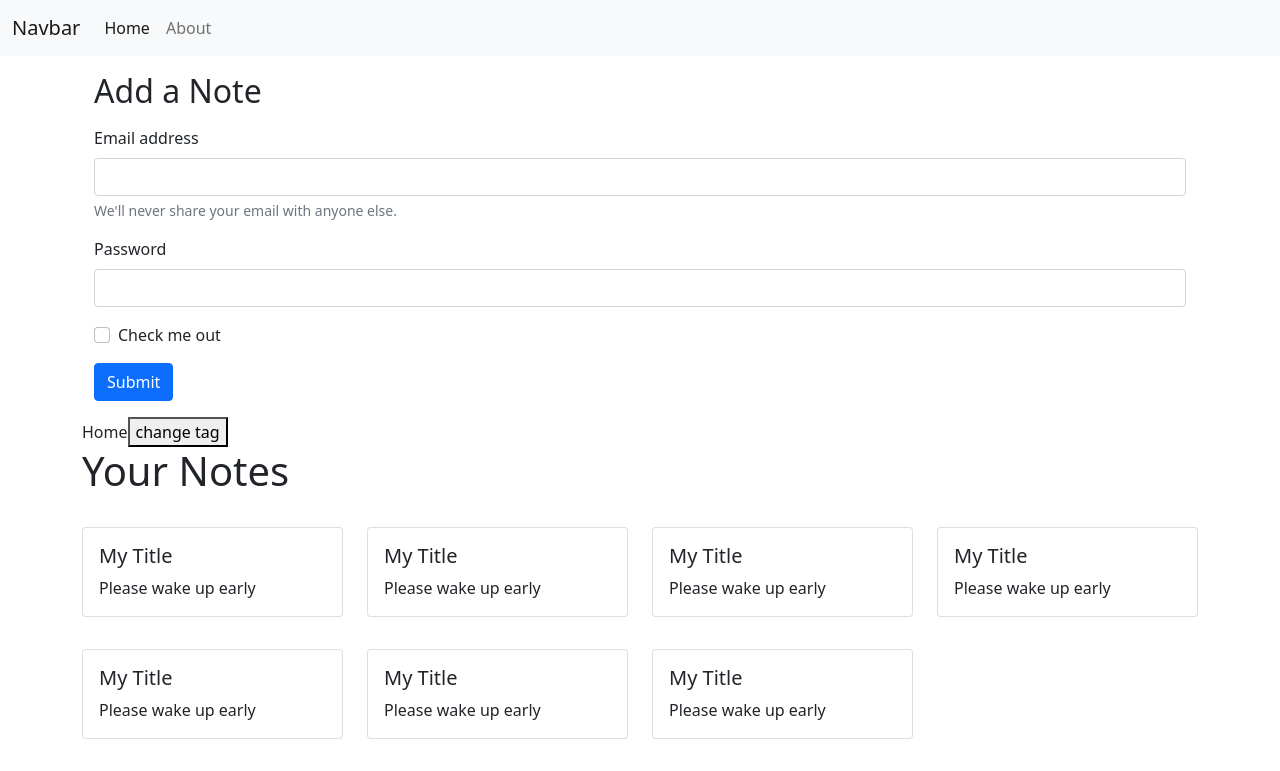
Repository: Asad-devv/inotebook-mern
Page: /
The author's editor kept a copy of each file at every save. The page is drawn from the files as they stood at one save, then again after the next save.
The browser window is 1280 px wide. The pictures show the whole page.
The project was rebuilt for these pictures with package versions that can differ from the ones it lists, and the page was loaded fresh each time. Also part of the build but not shown: vite.config.js, src/components/About.jsx.

Above is the page before, as saved 2023-04-14 00:38:49.

### index.html
<!DOCTYPE html>
<html lang="en">
  <head>
    <meta charset="UTF-8" />
    <link rel="icon" type="image/svg+xml" href="/vite.svg" />
    <meta name="viewport" content="width=device-width, initial-scale=1.0" />
    <link href="https://cdn.jsdelivr.net/npm/bootstrap@5.0.2/dist/css/bootstrap.min.css" rel="stylesheet" integrity="sha384-EVSTQN3/azprG1Anm3QDgpJLIm9Nao0Yz1ztcQTwFspd3yD65VohhpuuCOmLASjC" crossorigin="anonymous">
    <title>iNotebook</title>
  </head>
  <body>
    <div id="root"></div>
    <script type="module" src="/src/main.jsx"></script>


    <script src="https://cdn.jsdelivr.net/npm/@popperjs/core@2.9.2/dist/umd/popper.min.js" integrity="sha384-IQsoLXl5PILFhosVNubq5LC7Qb9DXgDA9i+tQ8Zj3iwWAwPtgFTxbJ8NT4GN1R8p" crossorigin="anonymous"></script>
    <script src="https://cdn.jsdelivr.net/npm/bootstrap@5.0.2/dist/js/bootstrap.min.js" integrity="sha384-cVKIPhGWiC2Al4u+LWgxfKTRIcfu0JTxR+EQDz/bgldoEyl4H0zUF0QKbrJ0EcQF" crossorigin="anonymous"></script>
  </body>
</html>

### src/main.jsx
import React from 'react'
import ReactDOM from 'react-dom/client'
import App from './App'
// import './index.css'
import { BrowserRouter } from "react-router-dom"
import { Provider } from 'react-redux'
import store from './states/Store'


ReactDOM.createRoot(document.getElementById('root')).render(
  <React.StrictMode>
    <BrowserRouter>
    <Provider store={store} >
    <App />
    </Provider>
    </BrowserRouter>
  </React.StrictMode>,
)

### src/App.jsx
import { useState } from 'react'
import reactLogo from './assets/react.svg'
import viteLogo from '/vite.svg'
// import './App.css'
import {Home,Navbar,About} from "./components"
import { Route, Routes } from "react-router-dom"




function App() {

  return (
      <>
      <Navbar/>
      <div className="container">
      <Routes>
      <Route path="/" element={<Home />} />
      <Route path="/about" element={<About />} />
      </Routes>
      </div>

    </>
  );
}
export default App

### src/states/Store.js
import { configureStore } from '@reduxjs/toolkit'
import notesReducer from "./redux/notesSlice"


export default configureStore({
  reducer: {notes:notesReducer},
})

### src/components/index.js
import Home from "./Home"
import Navbar from "./Navbar"
import About from "./About"



export { Home,Navbar,About }

### src/states/redux/notesSlice.js
import { createSlice } from '@reduxjs/toolkit'


const notesInitial = [
        {
          "_id": "61322f19553781a8ca8d0e06",
          "user": "6131dc5e3e4037cd4734a066",
          "title": "My Title",
          "description": "Please wake up early",
          "tag": "personal",
          "date": "2021-09-03T14:20:09.509Z",
          "__v": 0
        },
        {
          "_id": "61322f19553781a8ca8d0e08",
          "user": "6131dc5e3e4037cd4734a066",
          "title": "My Title",
          "description": "Please wake up early",
          "tag": "personal",
          "date": "2021-09-03T14:20:09.668Z",
          "__v": 0
        },
        {
          "_id": "61322f19553781a8ca8d0e08",
          "user": "6131dc5e3e4037cd4734a066",
          "title": "My Title",
          "description": "Please wake up early",
          "tag": "personal",
          "date": "2021-09-03T14:20:09.668Z",
          "__v": 0
        },
        {
          "_id": "61322f19553781a8ca8d0e08",
          "user": "6131dc5e3e4037cd4734a066",
          "title": "My Title",
          "description": "Please wake up early",
          "tag": "personal",
          "date": "2021-09-03T14:20:09.668Z",
          "__v": 0
        },
        {
          "_id": "61322f19553781a8ca8d0e08",
          "user": "6131dc5e3e4037cd4734a066",
          "title": "My Title",
          "description": "Please wake up early",
          "tag": "personal",
          "date": "2021-09-03T14:20:09.668Z",
          "__v": 0
        },
        {
          "_id": "61322f19553781a8ca8d0e08",
          "user": "6131dc5e3e4037cd4734a066",
          "title": "My Title",
          "description": "Please wake up early",
          "tag": "personal",
          "date": "2021-09-03T14:20:09.668Z",
          "__v": 0
        },
        {
          "_id": "61322f19553781a8ca8d0e08",
          "user": "6131dc5e3e4037cd4734a066",
          "title": "My Title",
          "description": "Please wake up early",
          "tag": "personal",
          "date": "2021-09-03T14:20:09.668Z",
          "__v": 0
        },
      ]

export const notesSlice= createSlice({
    name:'notes',
    initialState:{value:notesInitial},
    reducers:{
        update:(state)=>{
            setTimeout(()=>{state.value.tag+="gellp"},1000)

        }
    }
})


export const { update} = notesSlice.actions

export default notesSlice.reducer

### src/components/Home.jsx
import React from 'react'
import { useSelector,useDispatch } from 'react-redux'
import { update } from '../states/redux/notesSlice';
import Notes from './Notes';

const Home = () => {
  const dispatch= useDispatch();
  const notes =  useSelector((state) => state.notes.value)
  console.log(notes)
  return (
    <div>

      <div className="container my-3">
            <h2>Add a Note</h2>
            <form className="my-3">
                <div class="mb-3">
                    <label for="exampleInputEmail1" class="form-label">Email address</label>
                    <input type="email" class="form-control" id="exampleInputEmail1" aria-describedby="emailHelp"/>
                    <div id="emailHelp" class ="form-text">We'll never share your email with anyone else.</div>
                </div>
                <div class="mb-3">
                    <label for="exampleInputPassword1" class="form-label">Password</label>
                    <input type="password" class="form-control" id="exampleInputPassword1"/>
                </div>
                <div class="mb-3 form-check">
                    <input type="checkbox" class="form-check-input" id="exampleCheck1"/>
                    <label class ="form-check-label" for="exampleCheck1">Check me out</label>
                </div>
                <button type="submit" class="btn btn-primary">Submit</button>
            </form>
            </div>

      Home
        <button onClick={()=>dispatch(update())} >change tag</button>
        <h1>Your Notes</h1>

        <Notes></Notes>
    </div>
  )
}

export default Home

### src/components/Navbar.jsx
import React,{useEffect,useState} from 'react'
import {Link,useLocation } from "react-router-dom"

const Navbar = () => {


  let location = useLocation();
  const [activeLink, setActiveLink] = useState()

  useEffect(() => {
    // Google Analytics
  }, [location]);

  return (

    <nav className="navbar navbar-expand-lg navbar-light bg-light">
      <div className="container-fluid">
        <a className="navbar-brand" href="#">Navbar</a>
        <button className="navbar-toggler" type="button" data-bs-toggle="collapse" data-bs-target="#navbarNav" aria-controls="navbarNav" aria-expanded="false" aria-label="Toggle navigation">
          <span className="navbar-toggler-icon" />
        </button>
        <div className="collapse navbar-collapse" id="navbarNav">
          <ul className="navbar-nav">
            <li className="nav-item">
              <Link to="/" className={`${location.pathname==="/" && "active"}   nav-link`} aria-current="page" href="#">Home</Link >
            </li>

            <li className="nav-item">
              <Link to="/about" className={`${location.pathname==="/about" && "active"}   nav-link`} href="#">About</Link >
            </li>

          </ul>
        </div>
      </div>
    </nav>  )
}

export default Navbar

### src/components/Notes.jsx
import React from 'react'
import { useSelector,useDispatch } from 'react-redux'
// import { update } from '../states/redux/notesSlice';



const NoteItem = ({title,description,tag})=>{
    return(
        <div className="col-md-3">
        <div class="card my-3">
            <div class ="card-body">
            <h5 class ="card-title">{title}</h5>
            <p class ="card-text">{description}</p>
            </div>
        </div>
    </div>
    )
}



const Notes = () => {
    const dispatch= useDispatch();
const notes =  useSelector((state) => state.notes.value)
  return (
    <div className='row my-3'>

         {notes.map((note)=>{
        return(
        //   <h1 key={  .id}>{note.title}</h1>
            <NoteItem key={note.id} {...note}/>
        )
      })}</div>
  )
}

export default Notes

After the next save:
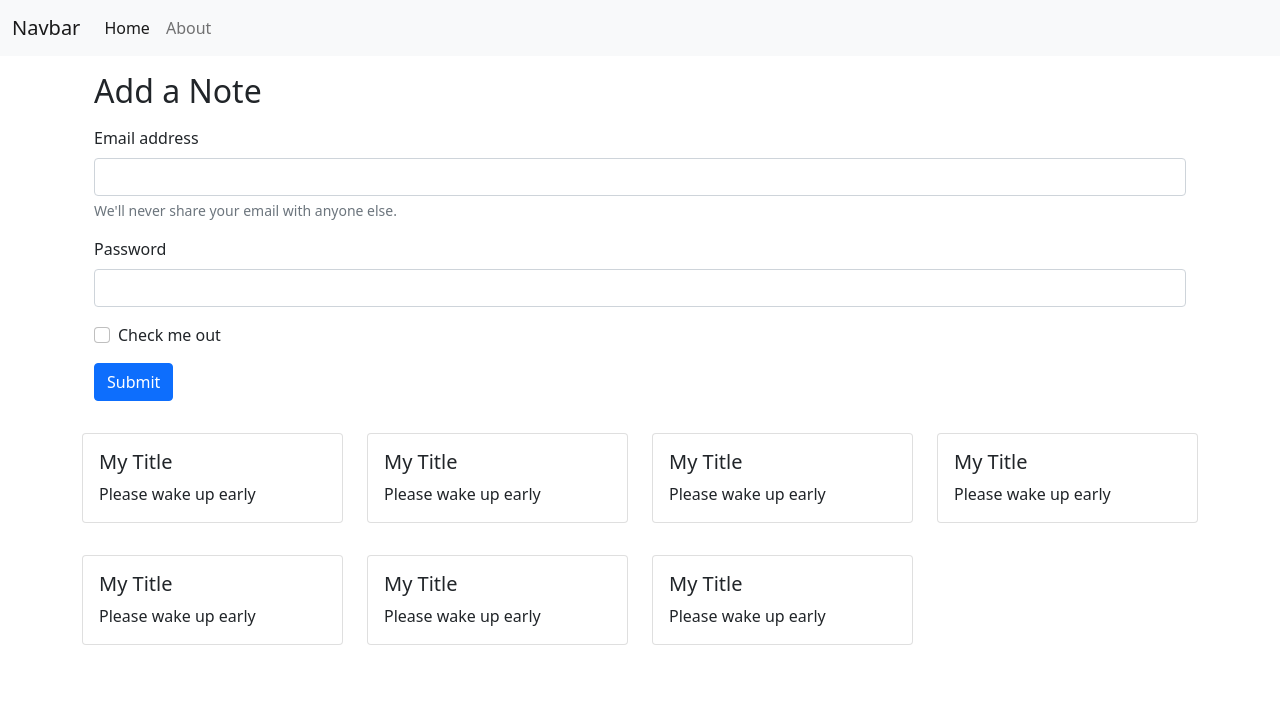
Saved 20 s later.
--- a/src/components/Home.jsx
+++ b/src/components/Home.jsx
@@ -30,9 +30,6 @@ const Home = () => {
             </form>
             </div>
 
-      Home
-        <button onClick={()=>dispatch(update())} >change tag</button>
-        <h1>Your Notes</h1>
 
         <Notes></Notes>
     </div>
